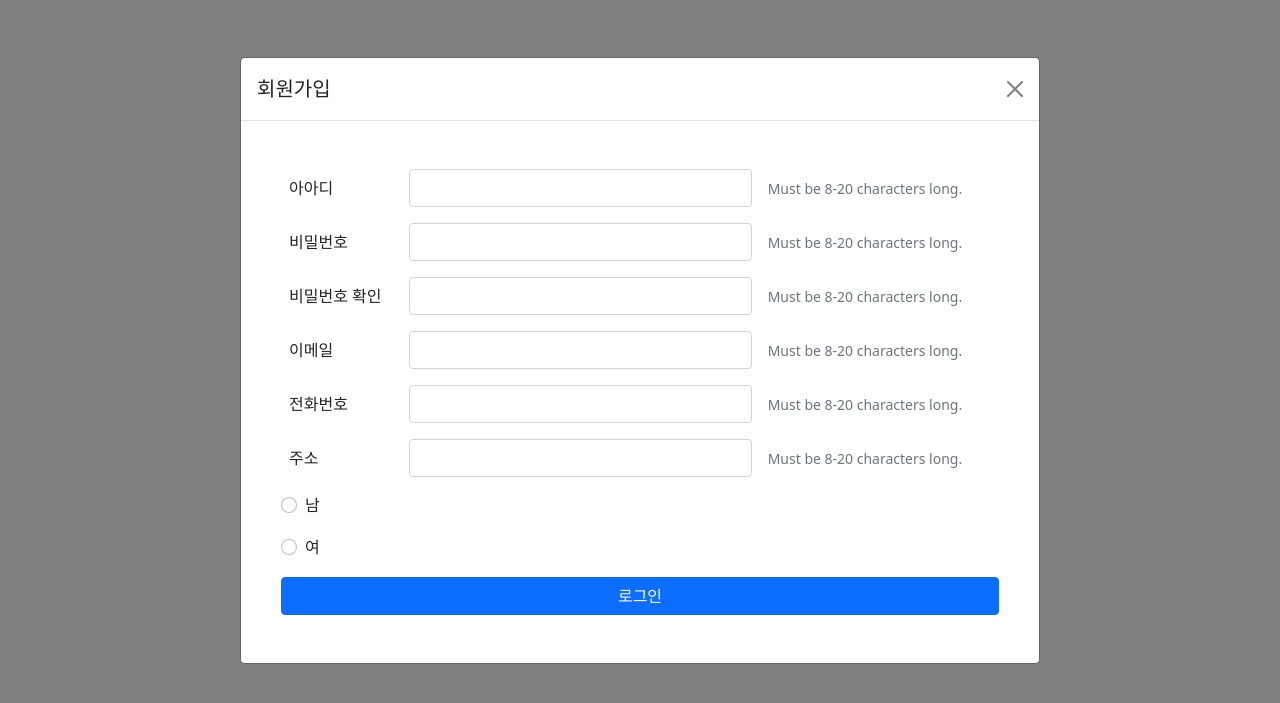
Repository: hyunha95/selfStudy
Page: http://localhost/spring-board/WEB-INF/views/member/enroll.jsp
The author's editor kept a copy of each file at every save. The page is drawn from the files as they stood at one save, then again after the next save.
The browser window is 1280 px wide. The pictures show the whole page.
The page is served by Tomcat 9. Nobody is signed in. The template is opened directly, without the code that normally fills it, so the values that code supplies are empty.

Above is the page before, as saved 2022-01-15 08:37:32.

After the next save:
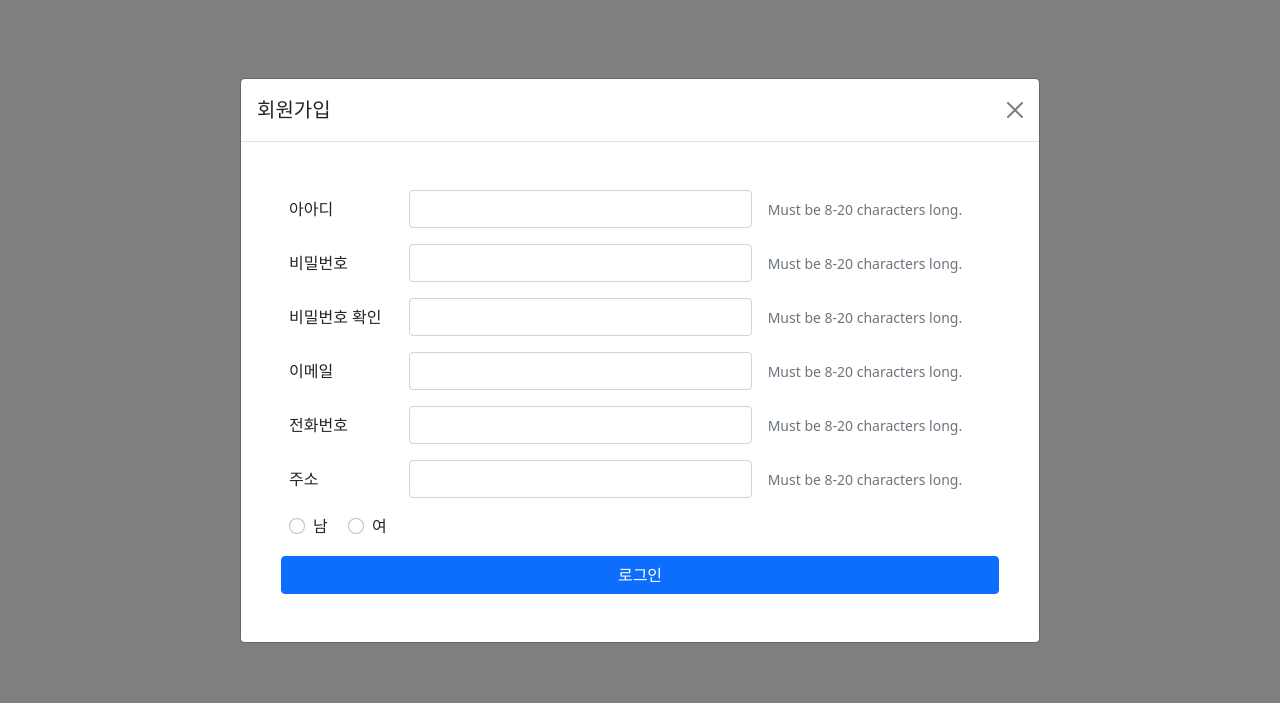
Saved 21 s later.
--- a/spring_workspace/spring-board/src/main/webapp/WEB-INF/views/member/enroll.jsp
+++ b/spring_workspace/spring-board/src/main/webapp/WEB-INF/views/member/enroll.jsp
@@ -114,14 +114,16 @@ $(() => {
 				    </span>
 				  </div>
 				  <!-- 성별 -->
-				  <div class="form-check form-check-inline">
-					  <input class="form-check-input" type="radio" name="gender" id="inlineRadio1" value="option1">
-					  <label class="form-check-label" for="inlineRadio1">남</label>
-					</div>
-					<div class="form-check form-check-inline">
-					  <input class="form-check-input" type="radio" name="gender" id="inlineRadio2" value="option2">
-					  <label class="form-check-label" for="inlineRadio2">여</label>
-				  </div>
+				  <span>
+					  <div class="form-check form-check-inline">
+						  <input class="form-check-input" type="radio" name="gender" id="inlineRadio1" value="option1">
+						  <label class="form-check-label" for="inlineRadio1">남</label>
+						</div>
+						<div class="form-check form-check-inline">
+						  <input class="form-check-input" type="radio" name="gender" id="inlineRadio2" value="option2">
+						  <label class="form-check-label" for="inlineRadio2">여</label>
+					  </div>
+				  </span>
 				<!-- submit 버튼 -->
 			    <button type="submit" class="btn btn-primary mt-3">로그인</button>
 	      	</div>
